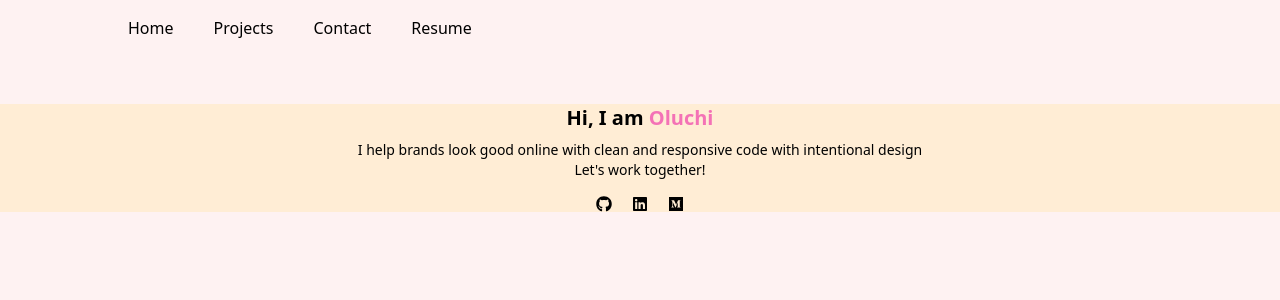
Repository: ooluchi/portfolio_
Page: / (app in my-react-app/)
These files come from the project's save history. The page is drawn as it stood at one moment and after the next save; the edit follows.
The browser window is 1280 px wide. The pictures show the whole page.
The project was rebuilt for these pictures with package versions that can differ from the ones it lists, and the page was loaded fresh each time. Also part of the build but not shown: my-react-app/vite.config.ts.

Above is the page before, as saved 2025-11-20 18:08:35.

After the next save:
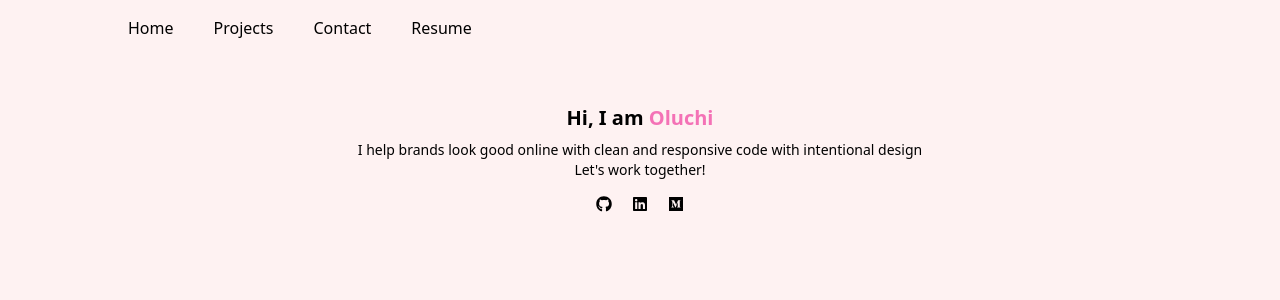
Saved 17 s later.
--- a/my-react-app/src/components/Home.tsx
+++ b/my-react-app/src/components/Home.tsx
@@ -5,7 +5,7 @@ import "../index.css";
 
 export default function Home() {
   return (
-    <div className="bg-orange-100	">
+    <div className="">
 
       <div className="text-center  ">
         <h1 className="font-semibold mt-12 text-xl">Hi, I am <span className="text-pink-400">Oluchi</span></h1>
